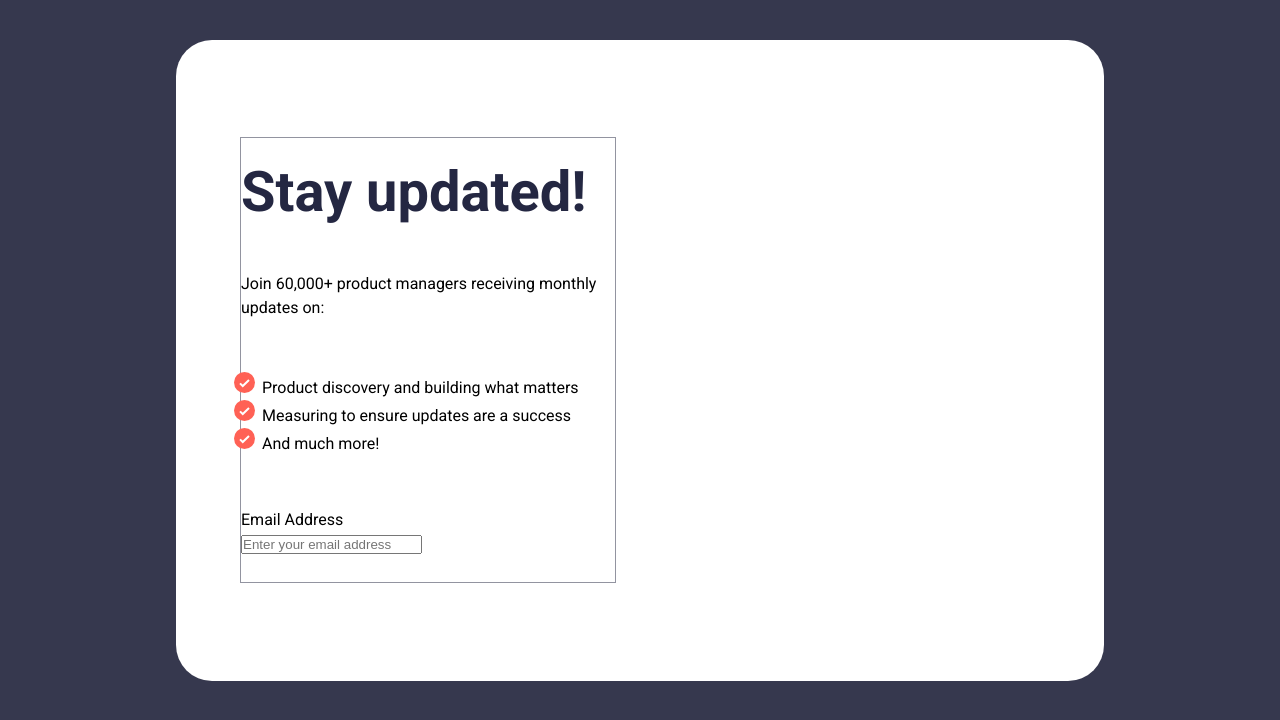
Repository: brandontaylor1/newsletter-signup
Page: index.html
These files come from the project's save history. The page is drawn as it stood at one moment and after the next save; the edit follows.
The browser window is 1280 px wide. The pictures show the whole page.

Above is the page before, as saved 2025-01-19 20:31:50.

### index.html
<!DOCTYPE html>
<html lang="en">
<head>
    <meta charset="UTF-8">
    <meta name="viewport" content="width=device-width, initial-scale=1.0">
    <link rel="preconnect" href="https://fonts.googleapis.com">
    <link rel="preconnect" href="https://fonts.gstatic.com" crossorigin>
    <link href="https://fonts.googleapis.com/css2?family=Roboto:ital,wght@0,100..900;1,100..900&display=swap" rel="stylesheet">
    <link rel="stylesheet" href="styles.css">
    <title>Newsletter Sign Up</title>
</head>
<body>
    <main class="container">
        <div class="card">
            <div class="card-content">
                <div class="card-content-text">
                    <h1>Stay updated!</h1>
                    <p>Join 60,000+ product managers receiving monthly updates on: </p>
                    <ul class="card-content-list">
                        <li>Product discovery and building what matters</li>
                        <li>Measuring to ensure updates are a success</li>
                        <li>And much more!</li>
                    </ul>
                    <form id="form">
                        <div>
                            <label for="email">Email Address</label><br>
                            <input type="text" id="email" name="email" placeholder="Enter your email address">
                        </div>
                    </form>
                </div>
            </div>
            <div class="card-image">

            </div>
        </div>
    </main>


    <script src="index.js"></script>
</body>
</html>

### styles.css
* {
    margin: 0;
    padding: 0;
    box-sizing: border-box;
}

:root {
    /* COLORS */

    --primary-color-tomato: hsl(4, 100%, 67%);
    --neutral-color-white: hsl(0, 0%, 100%);
    --neutral-color-darkGray: hsl(234, 29%, 20%);
    --neutral-color-charcoalGray: hsl(235, 18%, 26%);
    --neutral-color-gray: hsl(231, 7%, 60%);

    /* FONTS */
    --fontWeight-regular: 400;
    --fontWeight-heavy: 700;
}

body {
    font-family: "Roboto", sans-serif;
    font-size: 16px;
    line-height: 1.5;
}

.container {
    width: 100%;
    height: 100vh;
    background-color: var(--neutral-color-charcoalGray);
    display: flex;
    justify-content: center;
    align-items: center;
}

.card {
    height: 641px;
    width: 928px;
    background-color: var(--neutral-color-white);
    border-radius: 36px;
    display: grid;
    grid-template-columns: 1fr 1fr;
    grid-template-rows: 1fr;
    padding: 1.5rem;
}

.card-content {
    display: flex;
    flex-direction: column;
    justify-content: center;
    align-items: center;
    padding: 40px;

}

.card-content-text {
    height: 446px;
    width: 376px;
    display: flex;
    flex-direction: column;
    justify-content: space-around;
    align-items: left;
    border: 1px solid var(--neutral-color-gray);
}

.card-content h1 {
    color: var(--Dark-Navy, #242742);
    font-feature-settings: 'liga' off, 'clig' off;

    /* Heading */
    font-family: Roboto;
    font-size: 56px;
    font-style: normal;
    font-weight: 700;
    line-height: 100%; /* 56px */
}

.card-content-list {
    list-style-image: url("./assets/images/icon-list.svg")
}

.card-content-list li {
    margin-left: 21px;
    margin-right: 16px;
}

Loaded but not shown: index.js (no copy from this time; the picture is the same without it)

After the next save:
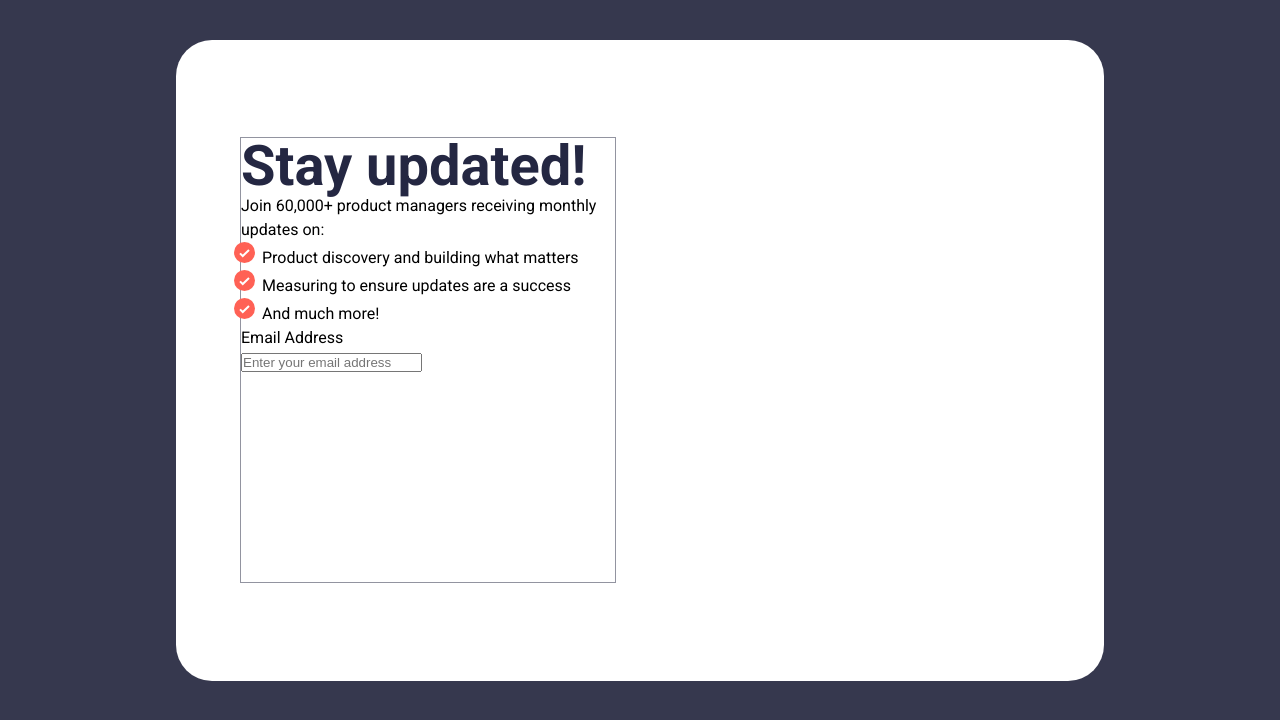
Saved 26 s later.
--- a/styles.css
+++ b/styles.css
@@ -58,7 +58,6 @@ body {
     width: 376px;
     display: flex;
     flex-direction: column;
-    justify-content: space-around;
     align-items: left;
     border: 1px solid var(--neutral-color-gray);
 }
